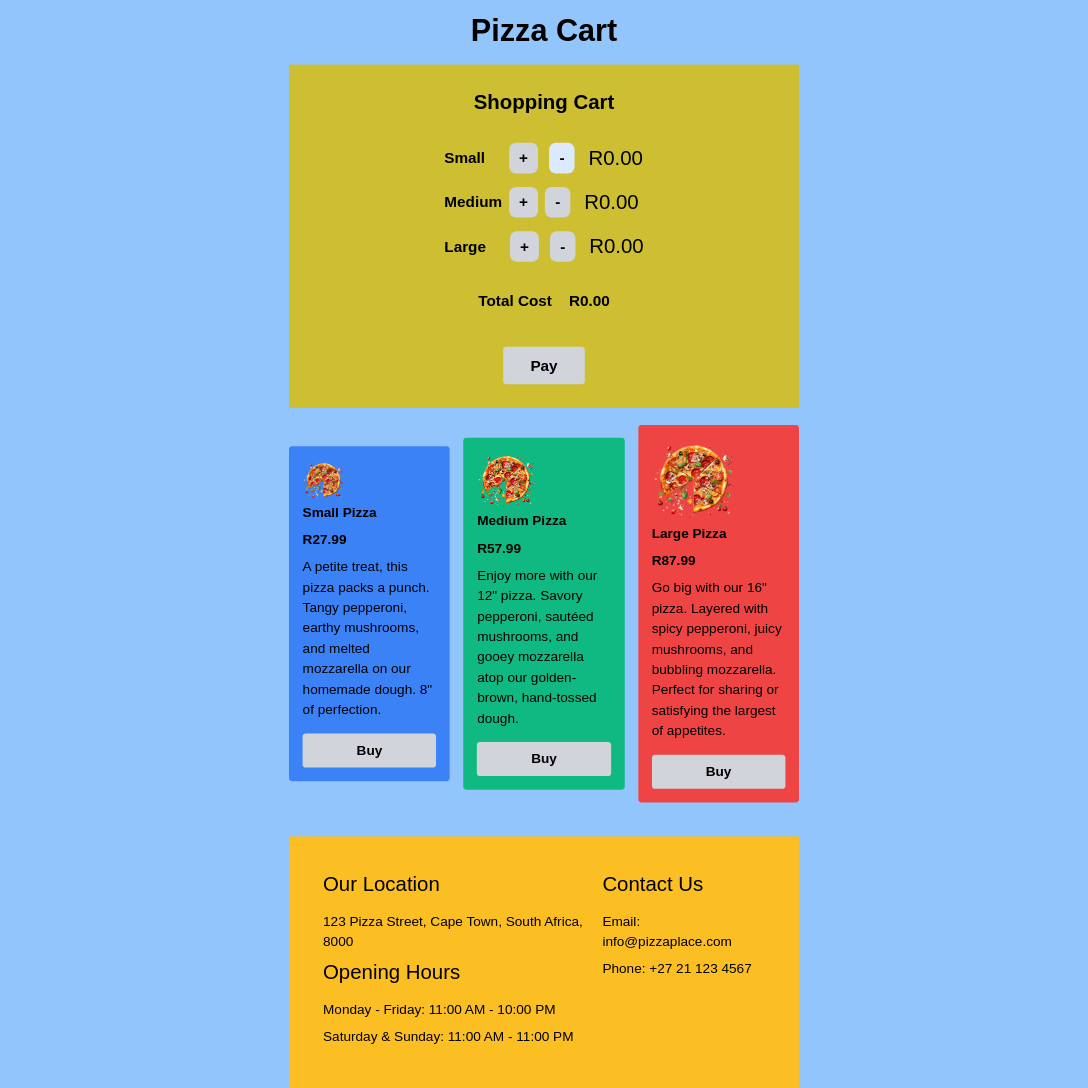
Repository: lasity34/pizza_cart
Page: index.html
The author's editor kept a copy of each file at every save. The page is drawn from the files as they stood at one save, then again after the next save.
The browser window is 1280 px wide. The pictures show the whole page, at 85% of full size.
Some web fonts or font styles are not loaded; a fallback is used. Some web libraries are served in a nearby version.

Above is the page before, as saved 2023-07-12 13:52:36.

After the next save:
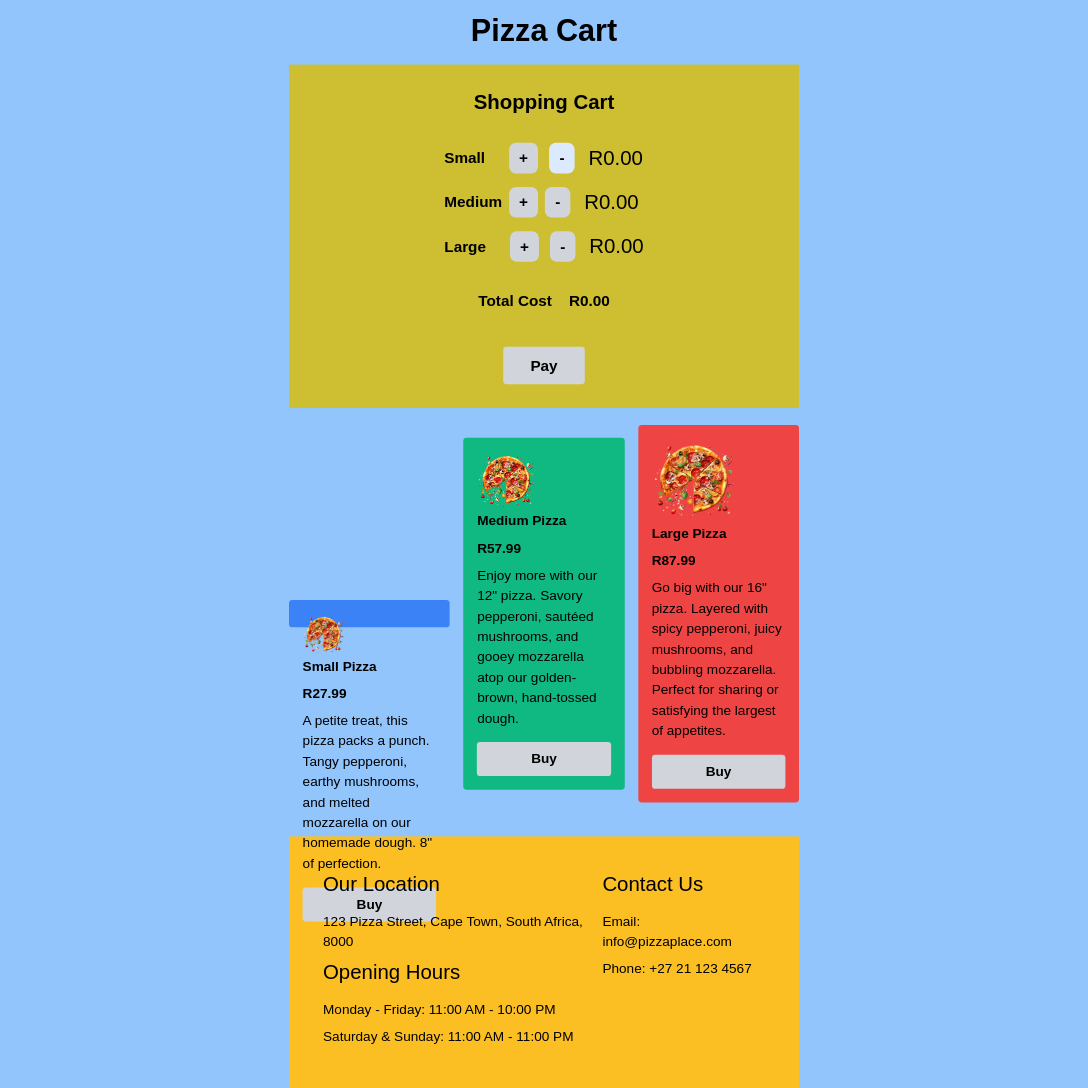
Saved 3 min 49 s later.
--- a/index.html
+++ b/index.html
@@ -117,7 +117,7 @@
     <section class="pizza_columns">
       <div class="flex flex-col gap-4 items-center  mx-auto md:flex-row"  >
         <div
-          class="pizza_sm bg-blue-500 rounded p-4 w-4/5  flex flex-col justify-between text-black md: w-1"
+          class="pizza_sm bg-blue-500 rounded p-4 w-4/5  flex flex-col justify-between text-black md: h-3"
         >
           <div>
             <img src="./pizza.png" width="50" />
@@ -159,7 +159,7 @@
         </button>
         </div>
         <div
-          class="pizza_lg bg-red-500 rounded p-4 w-4/5  flex flex-col justify-between text-black"
+          class="pizza_lg bg-red-500 rounded p-4 w-4/5 h-full flex flex-col justify-between text-black"
         >
           <div>
             <img src="./pizza.png" width="100" />
